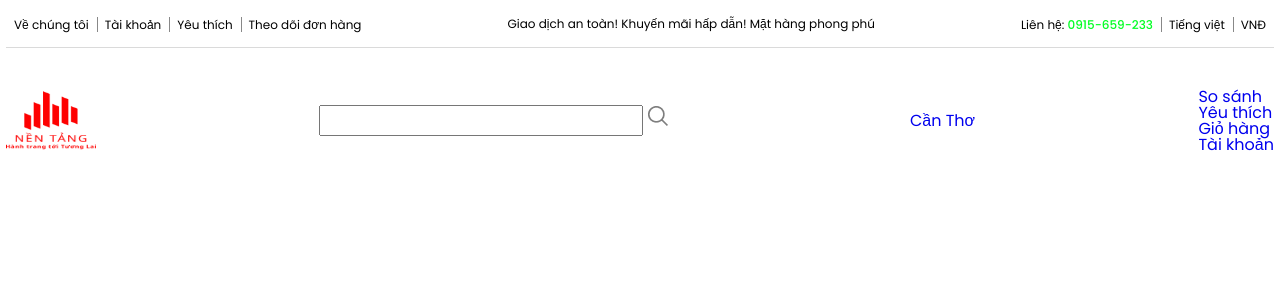
Repository: DucNghia2004/project_pro_01
Page: index.html
These files come from the project's save history. The page is drawn as it stood at one moment and after the next save; the edit follows.
The browser window is 1280 px wide. The pictures show the whole page.

Above is the page before, as saved 2024-05-30 21:13:58.

After the next save:
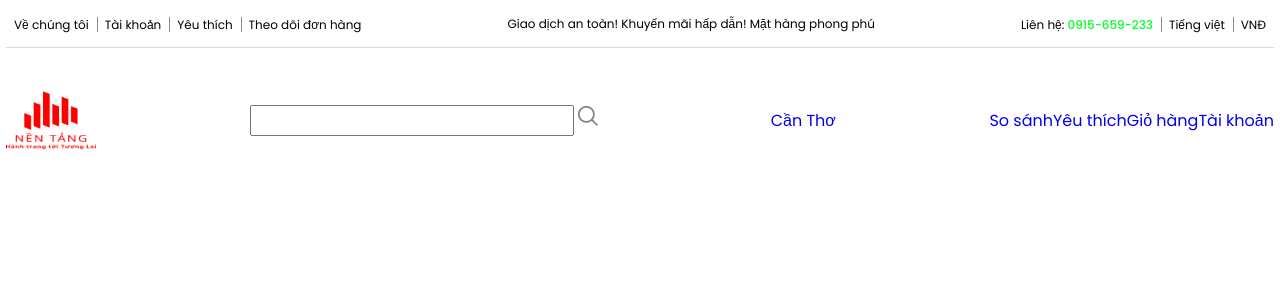
Saved 75 s later.
--- a/assets/css/styles.css
+++ b/assets/css/styles.css
@@ -137,3 +137,7 @@ a {
     width: 90px;
     height: 65px;
 }
+
+.info-consumer__list {
+    display: flex;
+}
